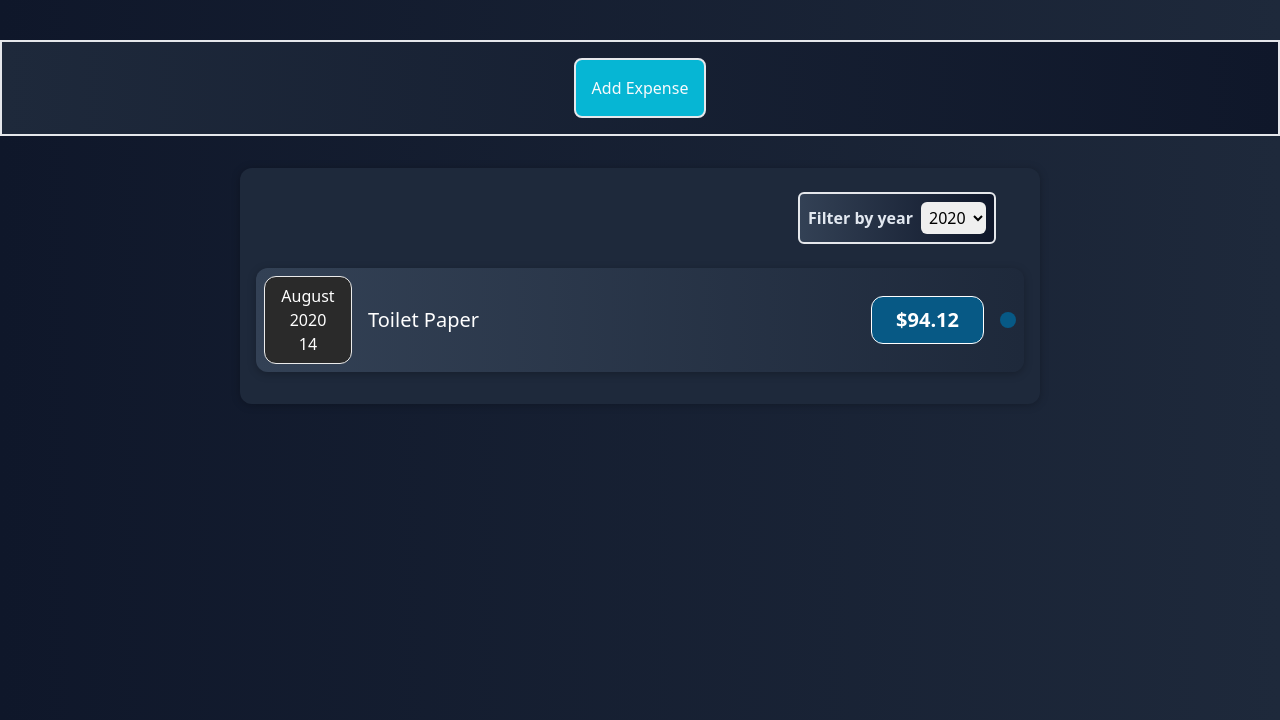
Repository: Sef24/expense-tracker
Page: /
These files come from the project's save history. The page is drawn as it stood at one moment and after the next save; the edit follows.
The browser window is 1280 px wide. The pictures show the whole page.
The project was rebuilt for these pictures with package versions that can differ from the ones it lists, and the page was loaded fresh each time. Also part of the build but not shown: src/components/NewExpense/NewExpense.css, src/components/NewExpense/ExpenseForm.css, src/components/NewExpense/ExpenseForm.js.

Above is the page before, as saved 2022-05-03 19:25:57.

After the next save:
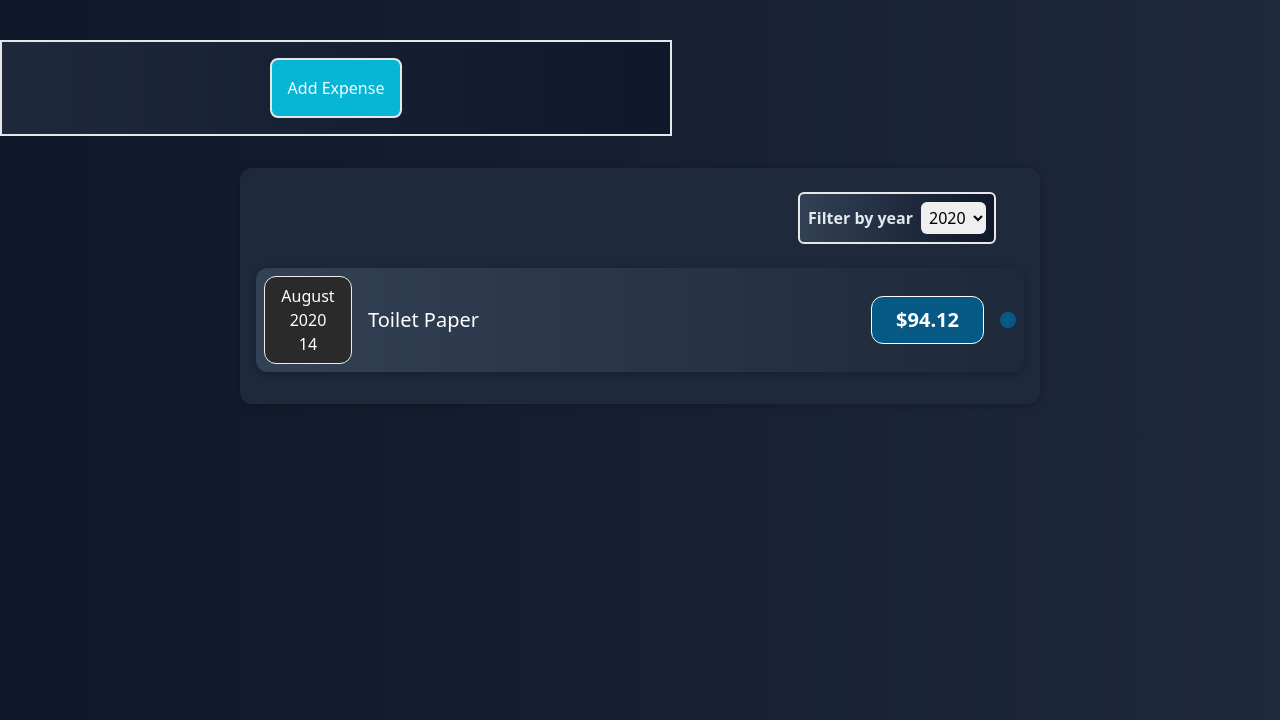
Saved 105 s later.
--- a/src/components/NewExpense/NewExpense.js
+++ b/src/components/NewExpense/NewExpense.js
@@ -27,7 +27,7 @@
   return (
     <div
       className="flex flex-grow justify-evenly w-full p-4 mt-10 items-center  border-2
-      bg-gradient-to-r from-slate-800 to-slate-900 ... px-10 "
+      bg-gradient-to-r from-slate-800 to-slate-900 ... px-10 max-w-2xl"
     >
       {!isEditing && (
         <button

After the save that followed:
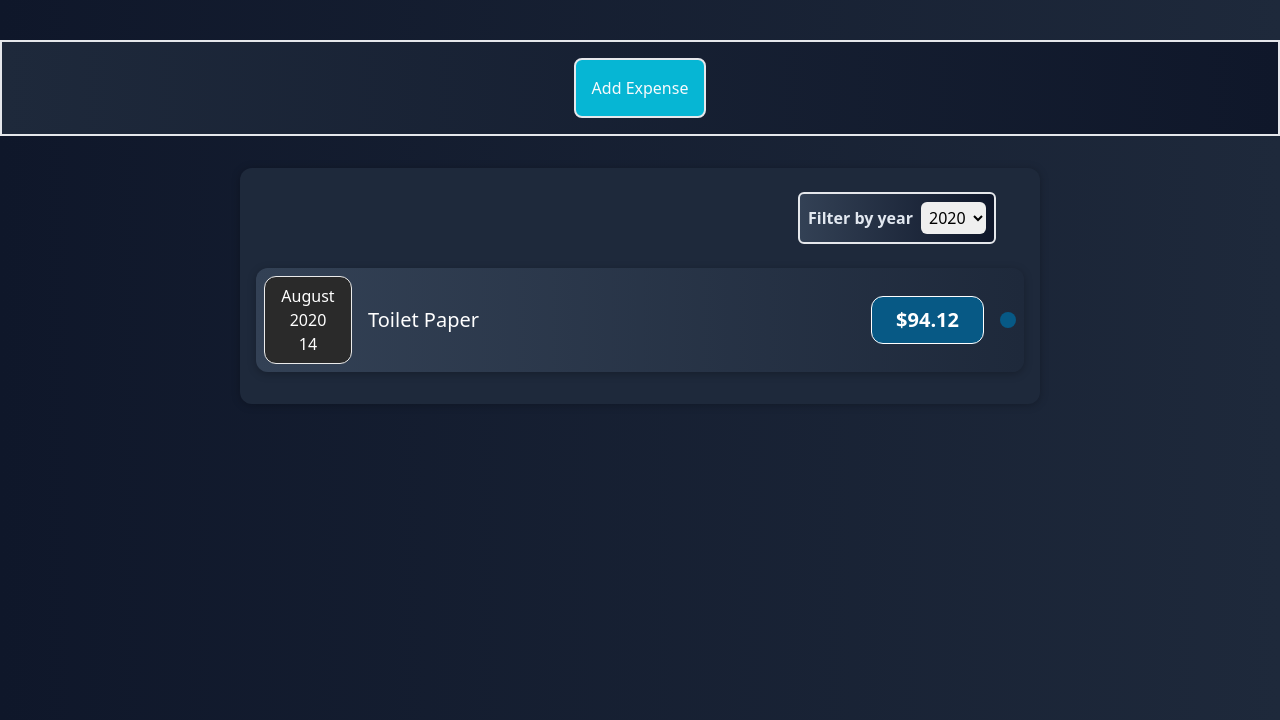
Saved 17 s later.
--- a/src/components/NewExpense/NewExpense.js
+++ b/src/components/NewExpense/NewExpense.js
@@ -27,7 +27,7 @@
   return (
     <div
       className="flex flex-grow justify-evenly w-full p-4 mt-10 items-center  border-2
-      bg-gradient-to-r from-slate-800 to-slate-900 ... px-10 max-w-2xl"
+      bg-gradient-to-r from-slate-800 to-slate-900 ... px-10 "
     >
       {!isEditing && (
         <button
